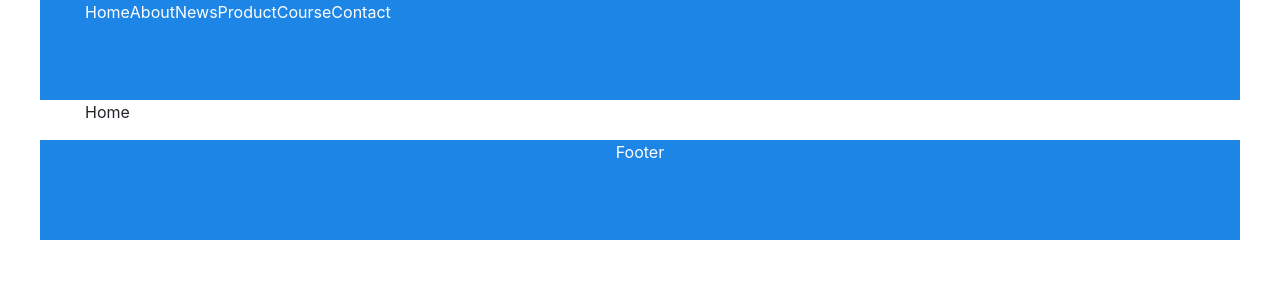
Repository: LmHoangg/php_master_unt
Page: http://localhost/?page=home
The author's editor kept a copy of each file at every save. The page is drawn from the files as they stood at one save, then again after the next save.
The browser window is 1280 px wide. The pictures show the whole page.
The page is run by PHP 8.4 with error messages shown; the project is at /var/www/html/.

Above is the page before, as saved 2021-11-17 13:29:13.

### index.php
<?php
    // require('data/users.php');
    // require('lib/template.php');
    // get_header();
?>

<?php
    $page = !empty($_GET['page']) ? $_GET['page'] : 'home';
    $path = "pages/{$page}.php";
    if(file_exists($path)){
        require $path;
    }else{
        require 'inc/404.php';
    }
?>
<?php
    // get_footer();
?>

### pages/home.php
<?php
    require 'lib/template.php';
    get_header();
?>
<div id="content">
    <div class="container">
        <div class="row">
            <div class="col-md-12">
                <p>Home</p>
            </div>
        </div>
    </div>
</div>
<?php
    get_footer();
?>

### lib/template.php
<?php
    function get_header(){
        $path_header = 'inc/header.php';
        if(file_exists($path_header)){
            require $path_header;
        }else{
            echo "Not Found Header";
        }

    };
    function get_footer(){
        $path_footer = 'inc/footer.php';
        if(file_exists($path_footer)){
            require $path_footer;
        }else{
            echo "Not Found Footer";
        }
    }
?>

### inc/header.php
<html>

<head>
    <title>Users Manager Basic</title>
    <meta name="viewport" content="width=device-width" />
    <link rel="stylesheet" href="public/css/reset.css" />
    <link rel="stylesheet" href="public/css/bootstrap.min.css" />
    <link rel="stylesheet" href="public/css/style.css" />
</head>


<body>
    <div id="wrapper">
        <div id="header">
            <div class="container">
                <div class="row">
                    <div class="col-md-12">
                        <ul id="main-menu">
                            <li><a href="?page=home">Home</a></li>
                            <li><a href="?page=about">About</a></li>
                            <li><a href="?page=news">News</a></li>
                            <li><a href="?page=product">Product</a></li>
                            <li><a href="?page=course">Course</a></li>
                            <li><a href="?page=contact">Contact</a></li>
                        </ul>
                    </div>

                </div>

            </div>

        </div>
        <!-- end header -->

### inc/footer.php
<div id="footer">
    <div class="container">
        <div class="row">
            <div class="col-md-12">
                <p>Footer</p>
            </div>
        </div>
    </div>
</div>
<!-- end footer -->
</div>
</body>

</html>

### public/css/style.css
#wrapper {
  max-width: 1200px;
  margin: 0 auto;
}
#header,
#footer {
  min-height: 100px;
  background-color: rgb(29, 133, 230);
  color: #fff;
  text-align: center;
}
#header ul#main-menu {
  list-style: none;
  display: flex;
}
ul#main-menu a {
  color: #fff;
}

Loaded but not shown: public/css/reset.css (common file); public/css/bootstrap.min.css (library)

After the next save:
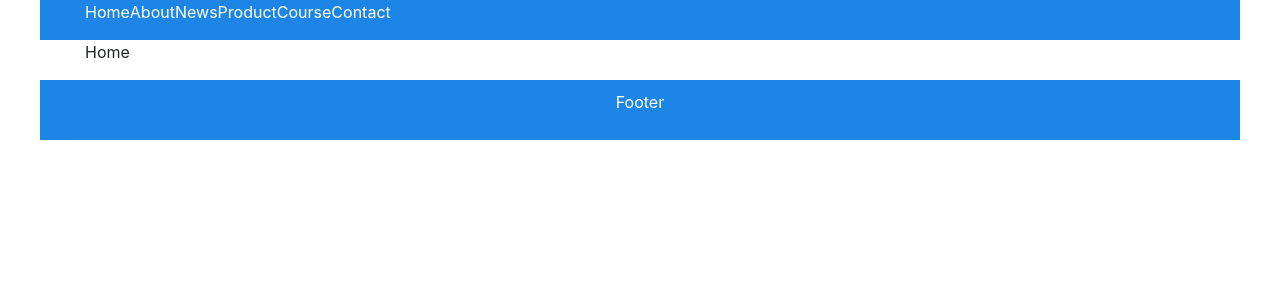
Saved 45 s later.
--- a/public/css/style.css
+++ b/public/css/style.css
@@ -4,7 +4,6 @@
 }
 #header,
 #footer {
-  min-height: 100px;
   background-color: rgb(29, 133, 230);
   color: #fff;
   text-align: center;
@@ -16,3 +15,6 @@
 ul#main-menu a {
   color: #fff;
 }
+#footer p {
+  padding: 10px 0;
+}
